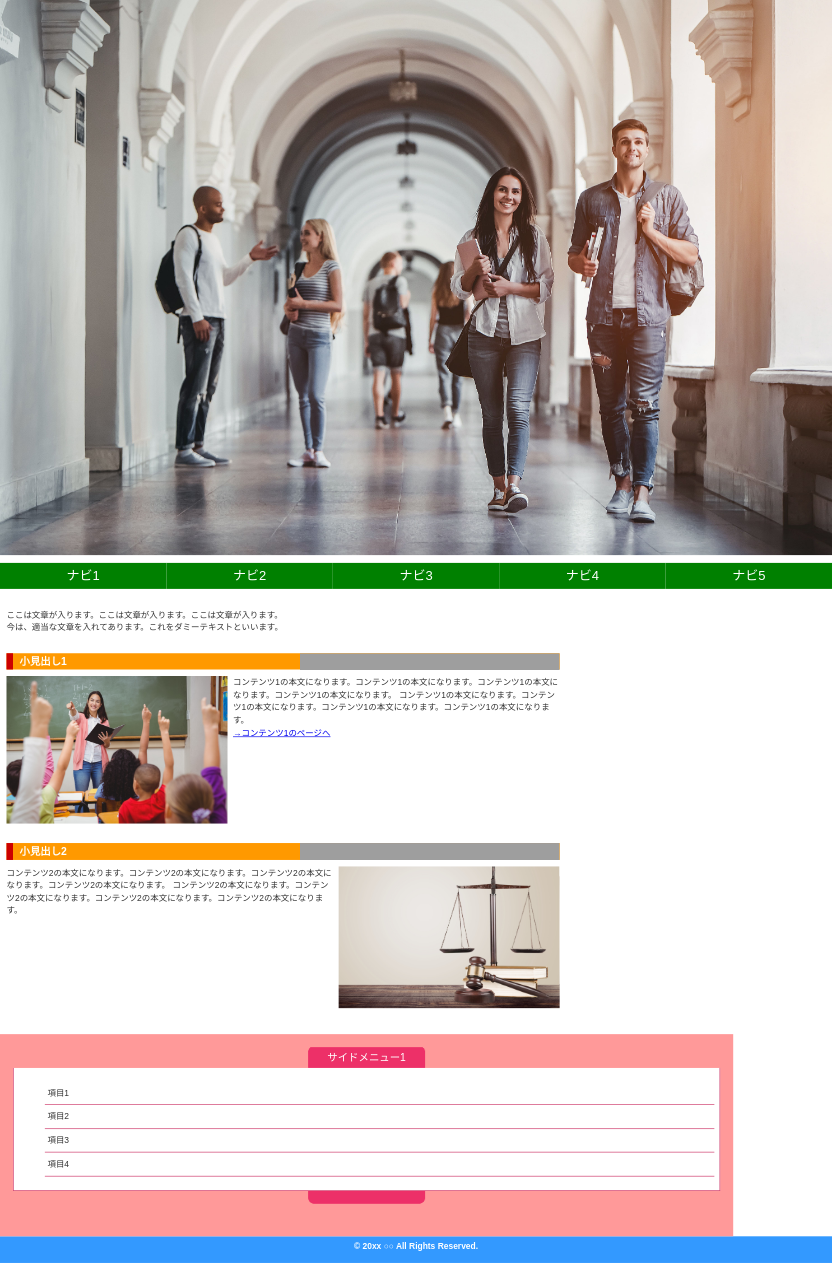
Repository: YN-program/samurai_HTML-CSS
Page: home.html
The author's editor kept a record of every edit. The page is drawn from the files as they stood at one moment, then again after the next edit.
The browser window is 1280 px wide. The pictures show the whole page, at 65% of full size.
Pictures or frames that could not be fetched are drawn as grey boxes.

Above is the page before.

### home.html
<!DOCTYPE html>
<html lang="ja">
    <head>
        <meta charset="UTF-8">
        <title>HTML/CSSの学習</title>
        <link rel="stylesheet" href="stylesheet.css">
    </head>
    <body>
        <div id="header">
            <h1><a href="index.html"><img id="corridor" src="images/corridor.jpg" alt="大学の廊下" /></a></h1>
        </div>
        <div id="wrapper">
            <div id="nav">
                <ul>
                    <li><a href="home.html">ナビ1</a></li>
                    <li><a href="#">ナビ2</a></li>
                    <li><a href="#">ナビ3</a></li>
                    <li><a href="#">ナビ4</a></li>
                    <li><a href="#">ナビ5</a></li>
                </ul>
            </div>
               <div id="container">
                   <div id="main">
                       <div class="post">
                           <p>ここは文章が入ります。ここは文章が入ります。ここは文章が入ります。 <br />今は、適当な文章を入れてあります。これをダミーテキストといいます。</p>
                       </div>
                       <div class="post clearfix">
                           <h2>小見出し1</h2>
                           <img class="left" src="images/classroom.jpg" alt="授業風景" />
                           <p>
                               コンテンツ1の本文になります。コンテンツ1の本文になります。コンテンツ1の本文になります。コンテンツ1の本文になります。
                               コンテンツ1の本文になります。コンテンツ1の本文になります。コンテンツ1の本文になります。コンテンツ1の本文になります。
                           </p>
                           <p><a href="#">→コンテンツ1のページへ</a></p>
                       </div>
                       <div class="post clearfix">
                           <h2>小見出し2</h2>
                           <img class="right" src="images/scale.jpg" alt="天秤" />
                           <p>
                               コンテンツ2の本文になります。コンテンツ2の本文になります。コンテンツ2の本文になります。コンテンツ2の本文になります。
                               コンテンツ2の本文になります。コンテンツ2の本文になります。コンテンツ2の本文になります。コンテンツ2の本文になります。
                           </p>
                       </div>
                   </div>
               </div>
                 <div id="side">
                     <div class="box">
                         <h2>サイドメニュー1</h2>
                         <div class="boxBody">
                             <ul>
                                 <li>項目1</li>
                                 <li>項目2</li>
                                 <li>項目3</li>
                                 <li>項目4</li>
                             </ul>
                         </div>
                     </div>


                 </div>
        </div>
        <div id="footer">
            <p>&copy; 20xx ○○ All Rights Reserved.</p>
        </div>
    </body>
</html>

### stylesheet.css
@charset "utf-8";

body {
	margin: 0;
	padding: 0;
	font-family: "ヒラギノ角ゴ Pro W3", "Hiragino Kaku Gothic Pro", "メイリオ", Meiryo, Osaka, "ＭＳ Ｐゴシック", "MS PGothic", sans-serif;
	color: #333;
	font-size: 13px;
	line-height: 150%;
}

/* -------------------- wrapper -------------------- */
#wrapper {
    width: 100%;
    margin: auto;
    padding: 0px;
    border: 0px;
    background-color: #FFF;
    top: 10px;
    position: relative;
}

/* -------------------- header -------------------- */
#header {
	width: 100%;
}
#header h1 {
	margin: 0;
	padding: 0;
}

#corridor {
	width: 100%;
	height: auto;
}

/* -------------------- footer -------------------- */
#footer {
	clear: both;
	width: 100%;
	padding: 3px 0 3px 0;
	background: #39F;
	color: #FFF;
	font-weight: bold;
	text-align: center;
}

/* -------------------- nav -------------------- */
#nav {
	width: 100%;
}
#nav ul {
    display: flex;
	margin: 0;
	padding: 0;
	list-style-type: none;
}
#nav ul li {
	width: 20%;
	text-align: center;
}
#nav ul li a {
	display: block;
	height: 20px;
	margin: 0;
	padding: 10px;
	color: #FFF;
	font-size: 20px;
	text-decoration: none;
	background-color: green;
}

#nav ul li a:hover {
    filter: drop-shadow(10px 10px 10px black);
}

/* ------- container -------*/
#container {
    width: 100%;
    margin: auto;
    padding: auto;
    padding-top: 20px;
    clear: both;
    display: grid;
    grid-template-columns: 70vw 30vw;
}
/* ------- main ---------*/
#main {
    width: 95%;
    padding: 10px 30px 10px 10px;
}
#main h2 {
    margin: 0 0 10px 0;
    padding: 3px 10px 3px 10px;
    color: #FFF;
    font-size: 16px;
    border-left: solid 10px #C00;
    background: #F90 url(../images/main_h2.jpg) right top repeat-y;
}
#main p {
    margin: 0;
    padding: 0;
}

#main .post {
    margin: 0 0 30px 0;
}

#main .post img.right {
    margin: 0 0 0 8px;
}

#main .post img.left {
    margin: 0 8px 0 0;
}

.right {
    float: right;
    width: 40%;
    height: auto;
}
.left {
    float: left;
    width: 40%;
    height: auto;
}

/* ---------clearfix-------------*/
.clearfix {
    zoom: 1;
}
.clearfix:after{
    content: "";
    display: block;
    clear: both;
}

/*-----------side---------------*/
#side {
    width: 85%;
    padding: 20px;
    background-color: #F99;
}
#side .box {
    margin: 0 auto 30px auto;
    padding: 0 0 20px 0;
    background: url(images/side_box.png) bottom no-repeat;
}
#side .box h2{
    margin: 0;
    padding: 8px;
    text-align: center;
    color: #fff;
    font-size: 16px;
    line-height: 16px;
    font-weight: normal;
    background: url(images/side_box_h2.png) center no-repeat;
}
#side .box .boxBody {
    padding: 8px;
    border-right: solid 1px #C36;
    border-bottom: solid 1px #C36;
    border-left: solid 1px #C36;
    background: #fff;
}
#side .box .boxBody ul li {
    padding: 8px 0 8px 4px;
    list-style: none;
    border-bottom: solid 1px #C36;
}

#side .box .boxBody ul li:hover {
    padding: 8px 0 8px 4px;
    list-style: none;
    border-bottom: solid 1px #C36;
    box-shadow: 0px 4px 4px rgba(0, 0, 0, 0.3);
}

After the next edit:
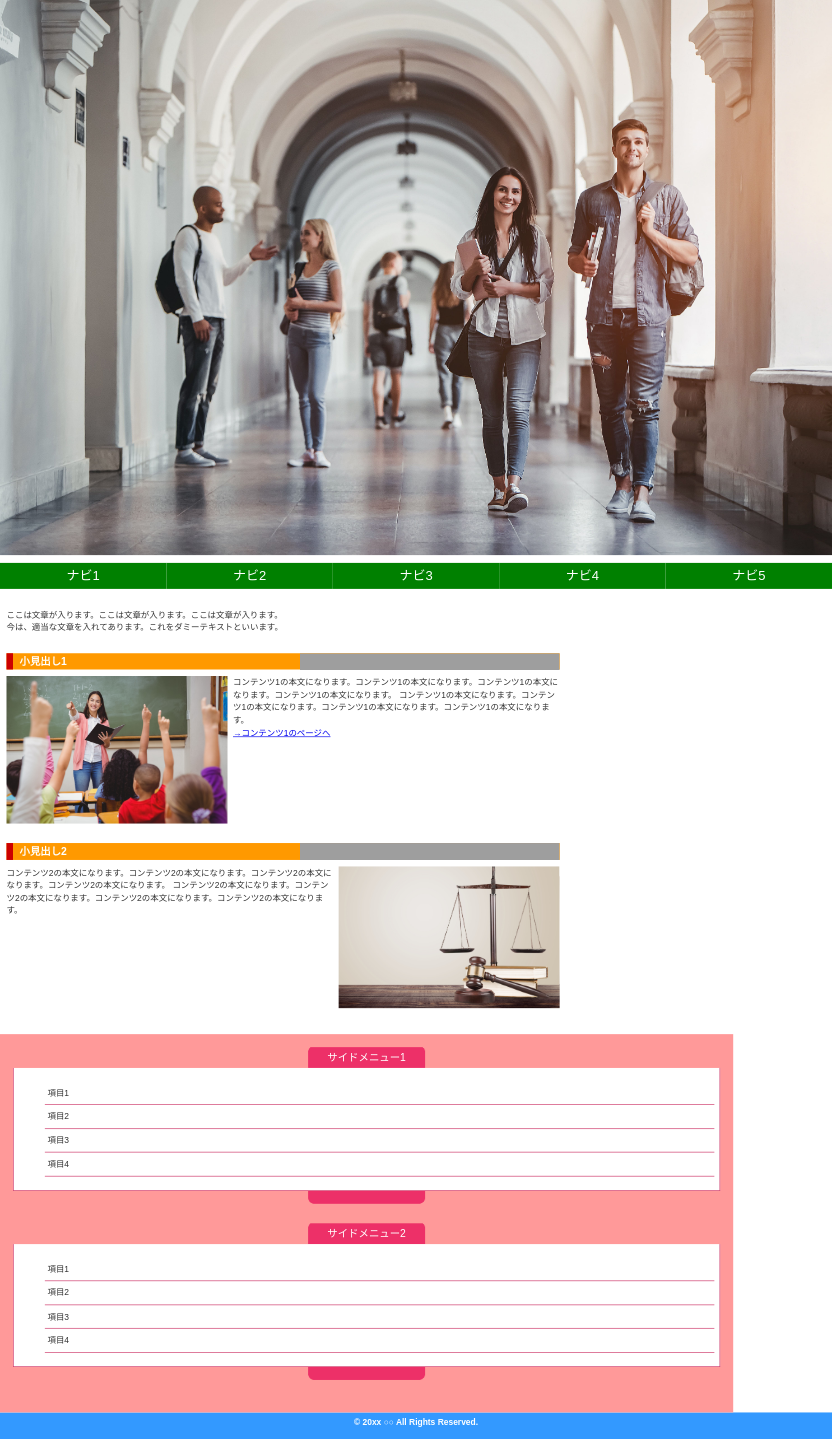
The edit:
--- a/home.html
+++ b/home.html
@@ -55,7 +55,17 @@
                              </ul>
                          </div>
                      </div>
-
+                     <div class="box">
+                         <h2>サイドメニュー2</h2>
+                         <div class="boxBody">
+                             <ul>
+                                 <li>項目1</li>
+                                 <li>項目2</li>
+                                 <li>項目3</li>
+                                 <li>項目4</li>
+                             </ul>
+                         </div>
+                     </div>
 
                  </div>
         </div>
